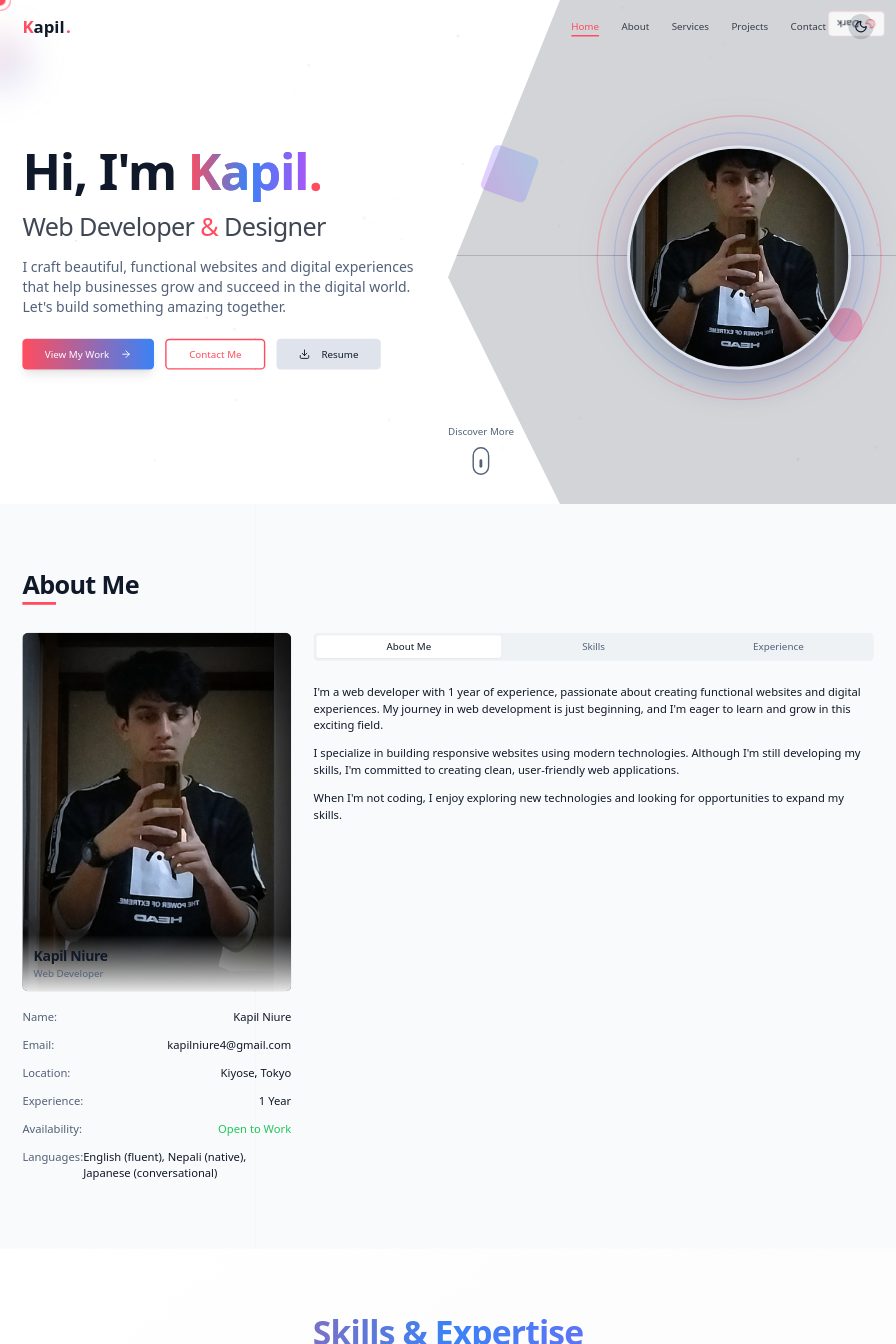
Repository: Kaepilz/kapil-portfolio-dreamscape
Page: /
These files come from the project's save history. The page is drawn as it stood at one moment and after the next save; the edit follows.
The browser window is 1280 px wide. The pictures show the part of the page from y = 0 to 1920 px (the page is 5921 px tall), at 70% of full size.
The project was rebuilt for these pictures with package versions that can differ from the ones it lists, and the page was loaded fresh each time. Also part of the build but not shown: vite.config.ts, src/components/ui/tooltip.tsx, src/pages/NotFound.tsx, src/components/ui/badge.tsx, src/components/ui/select.tsx, src/components/ui/sheet.tsx, src/pages/projects/EcommercePlatform.tsx, src/pages/projects/FinanceDashboard.tsx and 6 more.

Above is the page before, as saved 2025-07-21 17:01:36.

After the next save:
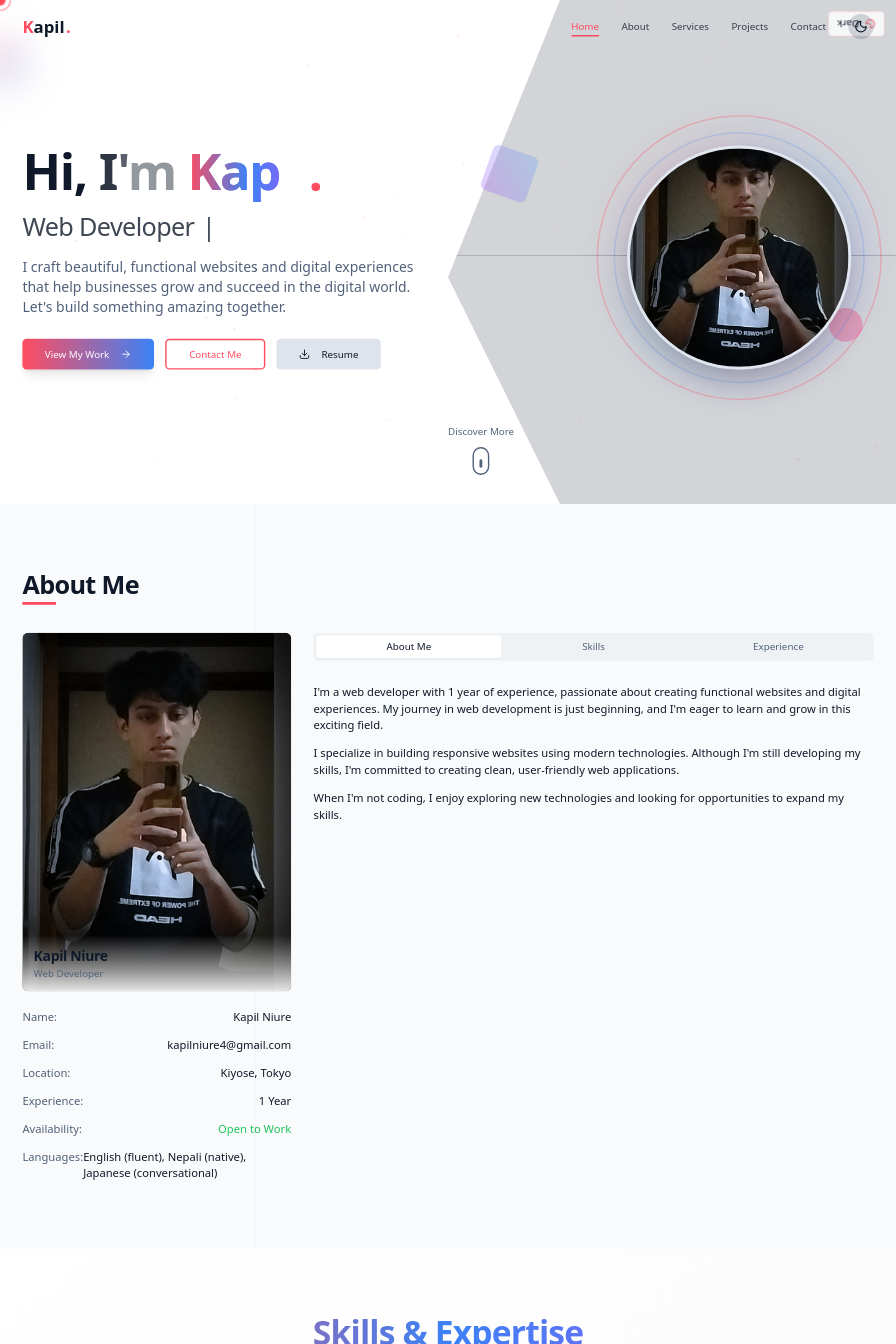
Saved 68 s later.
--- a/src/components/sections/Hero.tsx
+++ b/src/components/sections/Hero.tsx
@@ -2,9 +2,16 @@
 import { Button } from "@/components/ui/button";
 import { useState } from "react";
 import { motion } from "framer-motion";
+import { useTypewriter, Cursor } from "react-simple-typewriter";
 
 const Hero = () => {
   const [imageError, setImageError] = useState(false);
+  const [text] = useTypewriter({
+    words: ["Web Developer", "UI Designer", "AI Explorer"],
+    loop: true,
+    typeSpeed: 120,
+    deleteSpeed: 80,
+  });
 
   const titleVariants = {
     hidden: { opacity: 0 },
@@ -93,7 +100,8 @@
               animate={{ opacity: 1, y: 0 }}
               transition={{ delay: 0.5, duration: 0.8 }}
             >
-              Web Developer <span className="text-primary">&</span> Designer
+              <span className="mr-2">{text}</span>
+              <Cursor cursorStyle="|" />
             </motion.h2>
 
             <motion.p

After the save that followed:
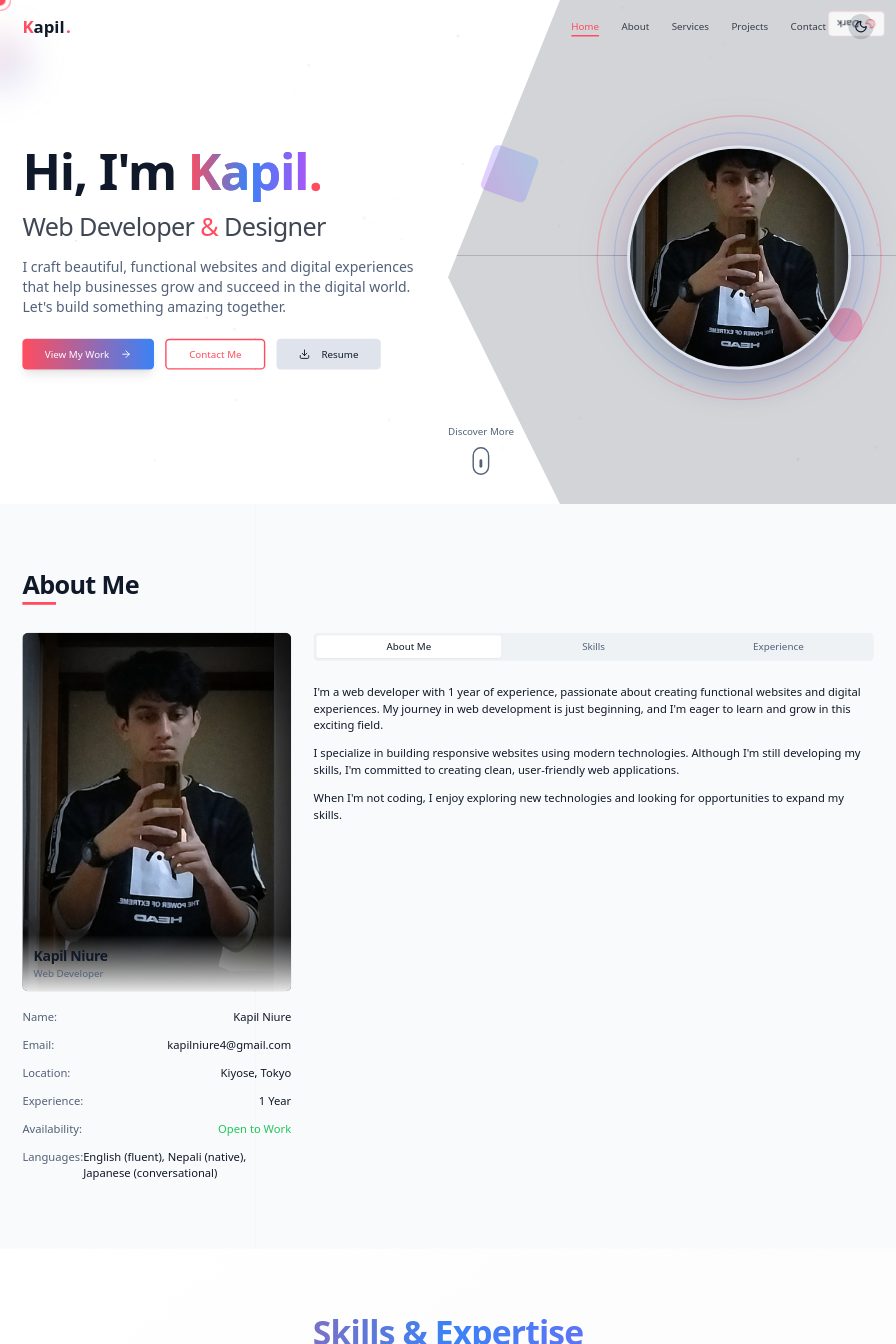
Saved 10 min 25 s later.
--- a/src/components/sections/Hero.tsx
+++ b/src/components/sections/Hero.tsx
@@ -2,16 +2,9 @@
 import { Button } from "@/components/ui/button";
 import { useState } from "react";
 import { motion } from "framer-motion";
-import { useTypewriter, Cursor } from "react-simple-typewriter";
 
 const Hero = () => {
   const [imageError, setImageError] = useState(false);
-  const [text] = useTypewriter({
-    words: ["Web Developer", "UI Designer", "AI Explorer"],
-    loop: true,
-    typeSpeed: 120,
-    deleteSpeed: 80,
-  });
 
   const titleVariants = {
     hidden: { opacity: 0 },
@@ -100,8 +93,7 @@
               animate={{ opacity: 1, y: 0 }}
               transition={{ delay: 0.5, duration: 0.8 }}
             >
-              <span className="mr-2">{text}</span>
-              <Cursor cursorStyle="|" />
+              Web Developer <span className="text-primary">&</span> Designer
             </motion.h2>
 
             <motion.p
